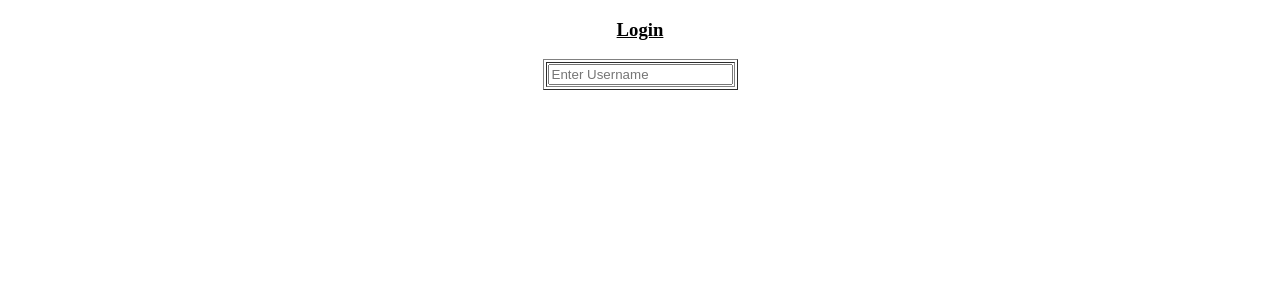
Repository: vinayingalahalli/java_batch1_revature
Page: revature_java/login_web_app/WebContent/login.html
These files come from the project's save history. The page is drawn as it stood at one moment and after the next save; the edit follows.
The browser window is 1280 px wide. The pictures show the whole page.

Above is the page before, as saved 2019-09-11 15:57:57.

After the next save:
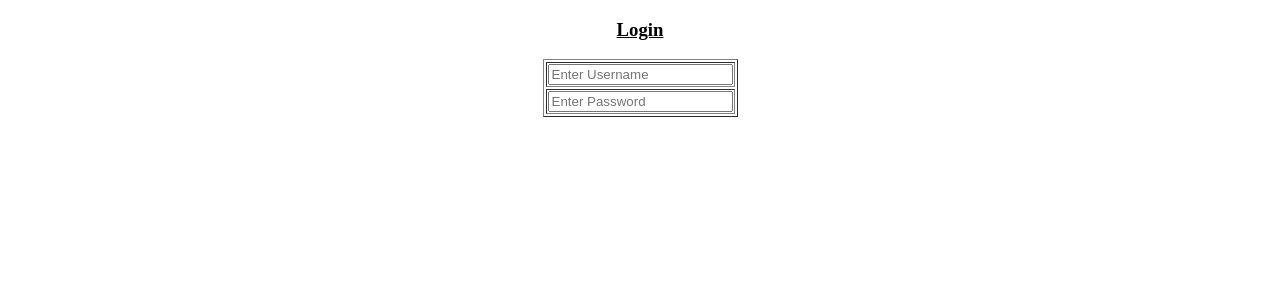
Saved 27 s later.
--- a/revature_java/login_web_app/WebContent/login.html
+++ b/revature_java/login_web_app/WebContent/login.html
@@ -12,6 +12,9 @@
 	<tr>
 	<td><input type="text" name="userName" placeholder="Enter Username"/></td>
 	</tr>
+	<tr>
+	<td><input type="password" name="password" placeholder="Enter Password"/></td>
+	</tr>
 	</table>
 
 	</form>
